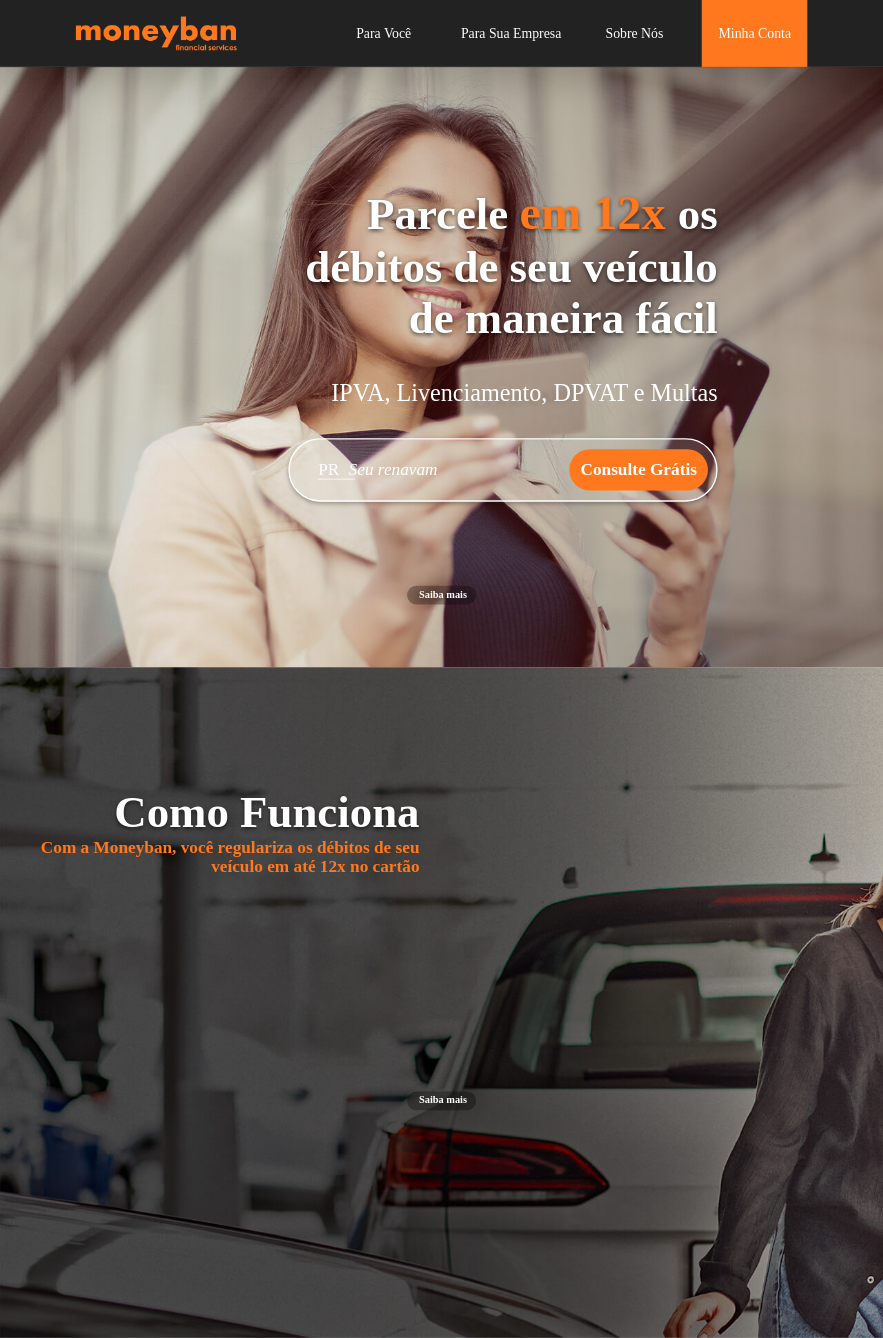
Repository: IvanCardoso91/moneyban
Page: index.html
An editor plug-in stored every save of this project. The page is shown before and after the next save, followed by the edit.
The browser window is 1280 px wide. The pictures show the whole page, at 69% of full size.
Some icons come from a web library that is not loaded, so they are not drawn. Some web fonts or font styles are not loaded; a fallback is used.

Above is the page before, as saved 2020-12-18 07:43:55.

### index.html
<!DOCTYPE html>
<html lang="en">

<head>
    <meta charset="UTF-8">
    <meta name="viewport" content="width=device-width, initial-scale=1.0">
    <link rel="stylesheet" href="./style/main-style.css" type="text/css">
    <link href="/Repositorios/site-moneyban/assets/fontawesome-free/css/all.css" rel="stylesheet">
    <title>Moneyban</title>
    <div class="menu-box">
        <div class="site-title">
            <img src="./assets/img/moneyban 3.png" alt="moneyban" width="233" height="49" />
        </div>
        <div class="menu-options">
            <div style="height: 100%; display: flex;align-items: center;">
                <button onclick="myFunction('personal')" class="menu-options-btn menu-options-text">Para Você <i class="fas fa-chevron-down"></i></button>
                <div style="position: absolute; margin-top: 335px;">
                    <div id="myDropdown" class="dropdown-content">
                        <a>Detran Parcelado</a>
                        <a>Credito Pessoal <span>(em breve)</span></a>
                        <a>Conta Digital <span>(em breve)</span></a>
                        <a>Cartão Internacional <span>(em breve)</span></a>
                        <a>Seguro de Celular <span>(em breve)</span></a>
                    </div>
                </div>
            </div>
            <div style="height: 100%; display: flex;align-items: center;">
                <button onclick="myFunction('enterprise')" class="menu-options-btn menu-options-text">Para Sua Empresa <i class="fas fa-chevron-down"></i></button>
                <div style="position: absolute; margin-top: 295px;">
                    <div id="enterpriseDropdown" class="dropdown-content" style="margin-left: 18px;">
                        <a>Detran Parcelado Frota</a>
                        <a>Capital de Giro <span>(em breve)</span></a>
                        <a>Conta Digital <span>(em breve)</span></a>
                        <a>Cartão Internacional <span>(em breve)</span></a>
                    </div>
                </div>
            </div>
            <div style="height: 100%; display: flex;align-items: center;">
                <span class="menu-options-text"><a>Sobre Nós</a></span>
            </div>
            <div class="menu-options-my-account"><a>Minha Conta</a></div>
        </div>
    </div>
</head>

<body>
    <div class="box-img1">
        <div class="right-side-box">
            <span class="right-side-text">Parcele <span style="color: #FF781D !important; font-size: 70px; font-weight: bold"> em 12x </span> os débitos de seu veículo de maneira fácil</span>
        </div>
        <div class="right-side-box2">
            <span class="right-side-text2">IPVA, Livenciamento, DPVAT e Multas</span>
        </div>
        <div class="right-side-box3">
            <form method="post" action="https://consulta.moneyban.com.br/licenciamento.php" name="form">
                <select>
                    <option value="PR">PR</option>
                    <option value="SP">SP</option>
                </select>
                <i class="fa fa-chevron-down"></i>
                <input type="text" placeholder="Seu renavam" id="renavam" name="crenavam" maxlength="11">
                <button type="submit" id="btn-submit">Consulte Grátis</button>
            </form>
        </div>
        <div class="center-know-more">
            <a href="#"><button class="know-more-box">Saiba mais <i class="fas fa-chevron-down"></i></button></a>
        </div>
    </div>
    <div class="box-img2">
        <div class="right-side-box">
            <span class="right-side-text">Como Funciona</span>
            <br/>
            <span class="work-moneyban-text">Com a Moneyban, você regulariza os débitos de seu veículo em até 12x no cartão</span>
        </div>

        <div class="center-know-more">
            <a href="#"><button class="know-more-box">Saiba mais <i class="fas fa-chevron-down"></i></button></a>
        </div>
    </div>





    <script type="text/javascript" src="./script/main-index.js"></script>
</body>

</html>

### style/main-style.css
@font-face {
    font-family: 'Century Gothic';
    src: url('/Repositorios/site-moneyban/assets/fonts/Century_Gothic.ttf')
}

body {
    margin: 0px;
}

a {
    cursor: pointer;
}


/* MENU HEADER */

.menu-box {
    background-color: #222222;
    width: 100%;
    display: flex;
    flex-direction: row;
    justify-content: space-evenly;
    height: 97px;
}

.site-title {
    display: flex;
    align-items: center;
}

.title-text {
    color: #FF781D;
    font-family: 'Century Gothic';
    font-weight: bold;
}

.subtitle-text {
    color: #FF781D;
    font-family: 'Century Gothic';
}

.menu-options {
    display: flex;
    align-items: center;
    justify-content: flex-end;
}

.menu-options-text {
    color: #FFFFFF;
    font-size: 20px;
    font-family: 'Century Gothic';
    margin-left: 56px;
    background-color: #0000;
    border-color: #0000;
    cursor: pointer;
}

.menu-options-text:focus {
    outline: 0;
}

.menu-options-my-account {
    background-color: #FF781D;
    color: #FFFFFF;
    font-size: 20px;
    font-family: 'Century Gothic';
    margin-left: 56px;
    height: 100%;
    display: flex;
    align-items: center;
    padding: 0px 24px;
}

.fa-chevron-down {
    color: #FF781D;
    pointer-events: none;
}


/* FIM DO MENU HEADER */


/* DROPDOWN */

.dropdown {
    position: relative;
    display: inline-block;
}

.dropdown-content {
    display: none;
    font-size: 14px;
    font-family: 'Century Gothic';
    background-color: #222222B3;
    cursor: pointer;
    opacity: 1;
    border: 2px solid transparent;
    border-top-color: #FF781D;
    transition: all 2s ease-in-out;
}

.dropdown-content a {
    color: #FFFFFF !important
}

.dropdown-content span {
    color: #FF781D !important;
    font-size: 10px
}

.dropdown-content a {
    color: black;
    padding: 12px 16px;
    text-decoration: none;
    display: block;
}

.dropdown a:hover {
    background-color: #ddd;
}

.show {
    display: flex;
    flex-direction: column;
    align-content: flex-start;
    width: 292px;
    padding: 15px;
}


/* FIM DO DROPDOWN */


/* PRIMEIRA DIV-IMAGEM */

.box-img1 {
    display: flex;
    flex-direction: column;
    align-items: flex-end;
    height: 870px;
    background-image: url('/Repositorios/site-moneyban/assets/img/bg-home-parcelar-documentos-carro-moto.jpg');
}

.right-side-box {
    margin-top: 172px;
    margin-right: 240px;
    width: 608px;
    height: 321px;
    text-align: right;
}

.right-side-box2 {
    padding: 20px 0px;
    margin-right: 240px;
    width: 608px;
    height: 80px;
    text-align: right;
}

.right-side-box3 {
    margin-right: 240px;
    height: 86px;
    text-align: center;
    background: #FFFFFF26 0% 0% no-repeat padding-box;
    box-shadow: 0px 3px 6px #0000004D;
    border: 2px solid #fff;
    border-radius: 51px;
    padding: 9px 10px 9px 40px;
    display: flex;
    justify-content: center;
    align-items: center;
}

.right-side-text {
    font-size: 65px;
    font-family: 'Century Gothic';
    font-weight: bold;
    color: #FFFFFF;
    text-shadow: 0px 3px 6px #00000099;
}

.right-side-text2 {
    font-size: 35px;
    font-family: 'Century Gothic';
    font-weight: normal;
    color: #FFFFFF;
}

.center-know-more {
    align-self: center;
    height: 17%;
    margin-top: 120px;
}

.know-more-box {
    font-size: 15px;
    font-family: 'Century Gothic';
    font-weight: bold;
    color: #FFFFFF;
    background: #0000004D 0% 0% no-repeat padding-box;
    border-radius: 51px;
    opacity: 1;
    border-color: transparent;
    padding: 4px 13px 6px 17px;
    cursor: pointer;
    outline: 0;
}

select {
    -webkit-appearance: none;
    -moz-appearance: none;
    -o-appearance: none;
    appearance: none;
    width: 55px;
    margin-right: -20px;
    cursor: pointer;
    background-color: #0000;
    outline: none;
    color: #fff;
    font-family: 'Century Gothic';
    font-size: 25px;
    border-color: #0000;
    padding-right: 21px;
    border: -2px;
    border-bottom: solid 1px;
}

option {
    color: #000;
}

select::-ms-expand {
    display: none;
}

#renavam {
    background-color: transparent;
    border-color: transparent;
    padding: 10px 0px 4px 4px;
    color: #FFFFFF;
    font-family: 'Century Gothic';
    font-size: 25px;
    outline: 0;
}

#renavam::placeholder {
    color: #FFFFFF;
    font-family: 'Century Gothic';
    font-size: 25px;
    font-style: italic;
}

#btn-submit {
    background: #FF781D 0% 0% no-repeat padding-box;
    border-radius: 51px;
    opacity: 1;
    outline: 0;
    padding: 16px;
    border-color: #0000;
    color: #fff;
    font-family: 'Century Gothic';
    font-size: 25px;
    font-weight: bold;
    cursor: pointer;
}


/* FIM PRIMEIRA DIV-IMAGEM */


/* INICIO SEGUNDA DIV-IMAGEM */

.box-img2 {
    display: flex;
    flex-direction: column;
    align-items: flex-start;
    height: 972px;
    background-image: url('/Repositorios/site-moneyban/assets/img/bg-como-funciona-parcelar-documentos-carro-moto.jpg');
}

.work-moneyban-text {
    color: #FF781D;
    font-family: 'Century Gothic';
    font-size: 25px;
    font-weight: bold;
}

### script/main-index.js
function myFunction(option) {
    if (option === 'personal') {
        document.getElementById("myDropdown").classList.toggle("show");
        document.getElementById("enterpriseDropdown").classList.remove("show")
    } else {
        document.getElementById("enterpriseDropdown").classList.toggle("show");
        document.getElementById("myDropdown").classList.remove("show");
    }

}

// Close the dropdown if the user clicks outside of it
window.onclick = function(event) {
    if (!event.target.matches('.menu-options-btn')) {
        var dropdowns = document.getElementsByClassName("dropdown-content");
        var i;
        for (i = 0; i < dropdowns.length; i++) {
            var openDropdown = dropdowns[i];
            if (openDropdown.classList.contains('show')) {
                openDropdown.classList.remove('show');
            }
        }
    }
}

// NAO ESQUECER DE ADICIONAR O MÉTODO POST
{
    /* <form method="post" action="https://consulta.moneyban.com.br/licenciamento.php" name="form">
    	<input type="text" placeholder="Nome Completo" name="cnome">
    	<input type="email" placeholder="E-mail" name="cemail">
    	<input type="tel" placeholder="Telefone" name="cphone">
    	<input type="text" placeholder="Renavam" id="renavam" name="crenavam" maxlength="11">
    	<input type="hidden" name="cparceiro" value="">
    	<input type="hidden" name="cuf" value="PR">
    	<button type="submit" >Consultar Grátis</button>
    </form> */
}

After the next save:
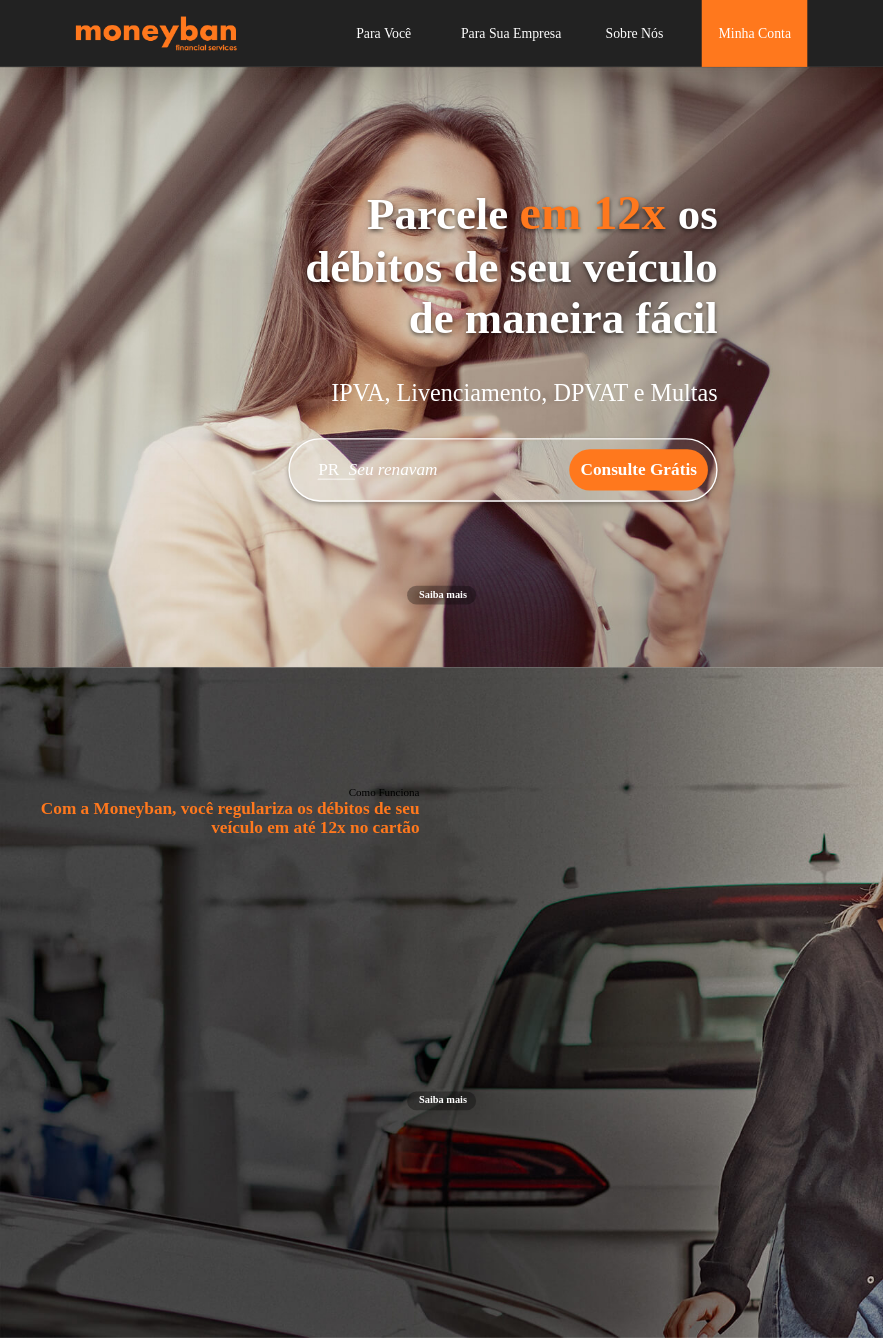
Saved 51 s later.
--- a/index.html
+++ b/index.html
@@ -68,7 +68,7 @@
     </div>
     <div class="box-img2">
         <div class="right-side-box">
-            <span class="right-side-text">Como Funciona</span>
+            <span class="left-side-text">Como Funciona</span>
             <br/>
             <span class="work-moneyban-text">Com a Moneyban, você regulariza os débitos de seu veículo em até 12x no cartão</span>
         </div>
